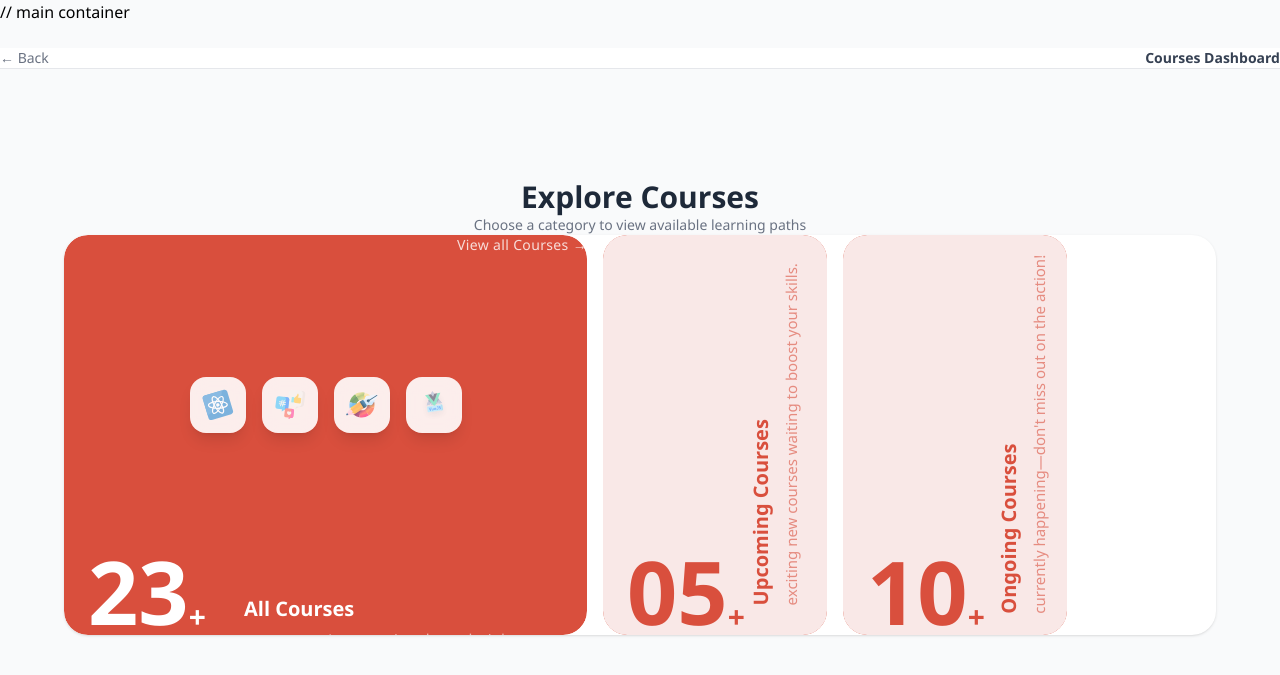
Repository: RahulRajKhadka/nextjs-dashboard-app
Page: /task2
These files come from the project's save history. The page is drawn as it stood at one moment and after the next save; the edit follows.
The browser window is 1280 px wide. The pictures show the whole page.
The project was rebuilt for these pictures with package versions that can differ from the ones it lists, and the page was loaded fresh each time. The framework's server and built-in components were replaced by stand-ins that run in the browser. Also part of the build but not shown: next.config.ts.

Above is the page before, as saved 2026-04-11 10:40:21.

After the next save:
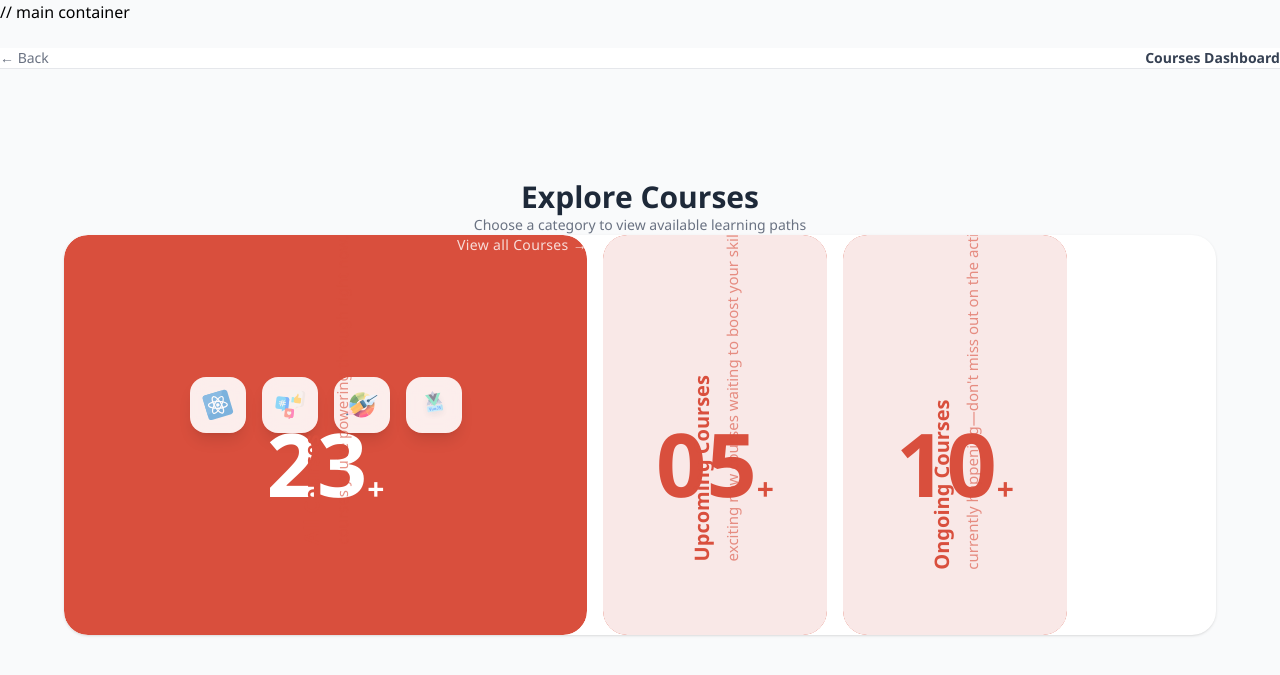
Saved 31 s later.
--- a/src/components/task2/CourseCard.tsx
+++ b/src/components/task2/CourseCard.tsx
@@ -11,6 +11,8 @@ interface Props {
   onClick: () => void;
   direction: "left" | "right";
   isLeftmost?: boolean;
+  setLabelRef: (el: HTMLDivElement | null) => void;
+  setNumberRef: (el: HTMLDivElement | null) => void;
 }
 
 export default function CourseCard({
@@ -19,6 +21,8 @@ export default function CourseCard({
   onClick,
   direction,
   isLeftmost = false,
+  setLabelRef,
+  setNumberRef,
 }: Props) {
   const numberRef = useRef<HTMLDivElement>(null);
   const collapsedLabelRef = useRef<HTMLDivElement>(null);
@@ -27,56 +31,35 @@ export default function CourseCard({
   const expandedViewRef = useRef<HTMLDivElement>(null);
   const circleRef = useRef<HTMLDivElement>(null);
 
+  // Pass refs to parent when they become available
   useLayoutEffect(() => {
-    if (!numberRef.current || !collapsedLabelRef.current) return;
+    setLabelRef(collapsedLabelRef.current);
+    setNumberRef(numberRef.current);
+  }, [setLabelRef, setNumberRef]);
+
+  useLayoutEffect(() => {
+    if (!numberRef.current || !circleRef.current) return;
 
     if (isExpanded) {
-      // Create a timeline for smooth coordination
       const tl = gsap.timeline();
 
       // Show expanded view
       gsap.set(expandedViewRef.current, { display: "grid" });
 
-      // Measure label and number positions
-      const labelRect = collapsedLabelRef.current.getBoundingClientRect();
-      const numberRect = numberRef.current.getBoundingClientRect();
-
-      // Calculate target position (beside number with 16px gap)
-      const targetX = numberRect.right + 16 - (labelRect.left + labelRect.width / 2);
-      const targetY = numberRect.bottom - labelRect.height / 2 - labelRect.top - labelRect.height / 2;
-
-      // 1. Circle wipe animation
+      // 1. Circle wipe
       tl.to(circleRef.current, {
         clipPath: "circle(0% at 0% 100%)",
-        duration: 1,
+        duration: 0.8,
         ease: "power3.inOut",
       }, 0);
 
-      // 2. Label animation (rotate + move) - starts at same time
-      tl.fromTo(collapsedLabelRef.current,
-        {
-          rotation: -90,
-          x: 0,
-          y: 0,
-          color: course.textColor,
-        },
-        {
-          rotation: 0,
-          x: 180,
-          y: 188,
-          color: "#ffffff",
-          duration: 0.8,
-          ease: "back.out(0.3)",
-        }, 0
-      );
-
-      // 3. Number color change
+      // 2. Number colour change (label is handled by parent)
       tl.to(numberRef.current, {
         color: "#ffffff",
-        duration: 0.4,
+        duration: 0.3,
       }, 0.2);
 
-      // 4. Top bar animation
+      // 3. Topbar animation
       const topbarFromX = direction === "left" ? 60 : -60;
       tl.fromTo(topbarRef.current,
         { opacity: 0, y: -15, x: topbarFromX },
@@ -89,7 +72,7 @@ export default function CourseCard({
         }, 0.3
       );
 
-      // 5. Icons animation (staggered)
+      // 4. Icons staggered animation
       const iconsFromX = direction === "left" ? 120 : -120;
       gsap.set(iconsRef.current, { x: iconsFromX, opacity: 0 });
       iconsRef.current.forEach((icon, i) => {
@@ -100,47 +83,29 @@ export default function CourseCard({
           ease: "power2.out",
         }, 0.4 + i * 0.08);
       });
-
     } else {
-      // COLLAPSE ANIMATIONS - Smooth reverse
+      // COLLAPSE
       const tl = gsap.timeline();
 
       // 1. Circle expands back
       tl.to(circleRef.current, {
         clipPath: "circle(130% at 0% 80%)",
-        duration: 0.8,
+        duration: 0.6,
         ease: "power3.inOut",
       }, 0);
 
-      // 2. Label returns to collapsed position
-      tl.to(collapsedLabelRef.current, {
-        rotation: -90,
-        x: 0,
-        y: 0,
-        color: course.textColor,
-        duration: 0.6,
-        ease: "power2.inOut",
-      }, 0);
-
-      // 3. Number color returns
+      // 2. Number colour returns (label is handled by parent)
       tl.to(numberRef.current, {
         color: course.textColor,
         duration: 0.3,
       }, 0.1);
 
-      // 4. Hide expanded view
-      tl.set(expandedViewRef.current, {
-        display: "none"
-      }, 0.3);
+      // 3. Hide expanded view after animations
+      tl.set(expandedViewRef.current, { display: "none" }, 0.3);
 
-      // 5. Reset icons and topbar
-      tl.set(iconsRef.current, {
-        clearProps: "x,opacity"
-      }, 0.4);
-
-      tl.set(topbarRef.current, {
-        clearProps: "x,y,opacity"
-      }, 0.4);
+      // 4. Reset icons and topbar
+      tl.set(iconsRef.current, { clearProps: "x,opacity" }, 0.4);
+      tl.set(topbarRef.current, { clearProps: "x,y,opacity" }, 0.4);
     }
   }, [isExpanded, direction, course.textColor]);
 
@@ -160,26 +125,9 @@ export default function CourseCard({
         }}
       />
 
-      {/* NUMBER — always bottom-left */}
-      <div className="absolute bottom-0 left-6 z-[3] flex items-end p-4 pointer-events-none">
-        <div ref={numberRef} className="flex items-end" style={{ color: course.textColor }}>
-          <span
-            className="font-black leading-none"
-            style={{
-              fontSize: "clamp(3.5rem,7vw,5.5rem)",
-              color: "inherit",
-            }}
-          >
-            {String(course.count).padStart(2, "0")}
-          </span>
-          <span className="font-black text-3xl mb-2 ml-1" style={{ color: "inherit" }}>
-            +
-          </span>
-        </div>
-      </div>
-
-      {/* SINGLE LABEL — starts centered, rotates and moves on expand */}
-      <div className="absolute  inset-0 z-[4]  flex items-center  pointer-events-none">
+      {/* COLLAPSED CONTENT: flex column centered */}
+      <div className="absolute inset-0 z-[3] flex flex-col items-center justify-center pointer-events-none">
+        {/* Rotated label */}
         <div
           ref={collapsedLabelRef}
           className="flex flex-col gap-1"
@@ -195,9 +143,27 @@ export default function CourseCard({
             {course.sublabel}
           </p>
         </div>
+
+        {/* Number (below label) */}
+        <div ref={numberRef} className="mt-4" style={{ color: course.textColor }}>
+          <div className="flex items-end">
+            <span
+              className="font-black leading-none"
+              style={{
+                fontSize: "clamp(3.5rem,7vw,5.5rem)",
+                color: "inherit",
+              }}
+            >
+              {String(course.count).padStart(2, "0")}
+            </span>
+            <span className="font-black text-3xl mb-2 ml-1" style={{ color: "inherit" }}>
+              +
+            </span>
+          </div>
+        </div>
       </div>
 
-      {/* EXPANDED VIEW — topbar + icons only */}
+      {/* EXPANDED VIEW (topbar + icons) – unchanged */}
       <div
         ref={expandedViewRef}
         className="absolute inset-0 z-[2] p-5"
@@ -206,14 +172,11 @@ export default function CourseCard({
           gridTemplateRows: "auto 1fr auto",
         }}
       >
-        {/* Row 1: topbar */}
         <div ref={topbarRef} className="flex justify-end mt-40 opacity-0">
           <span className="text-white/80 text-sm font-medium tracking-wide">
             View all Courses →
           </span>
         </div>
-
-        {/* Row 2: icons */}
         <div className="flex gap-4 items-center justify-center">
           {course.icons?.map((iconPath, i) => (
             <span
@@ -225,8 +188,6 @@ export default function CourseCard({
             </span>
           ))}
         </div>
-
-        {/* Row 3: empty spacer */}
         <div className="h-20" />
       </div>
     </div>
